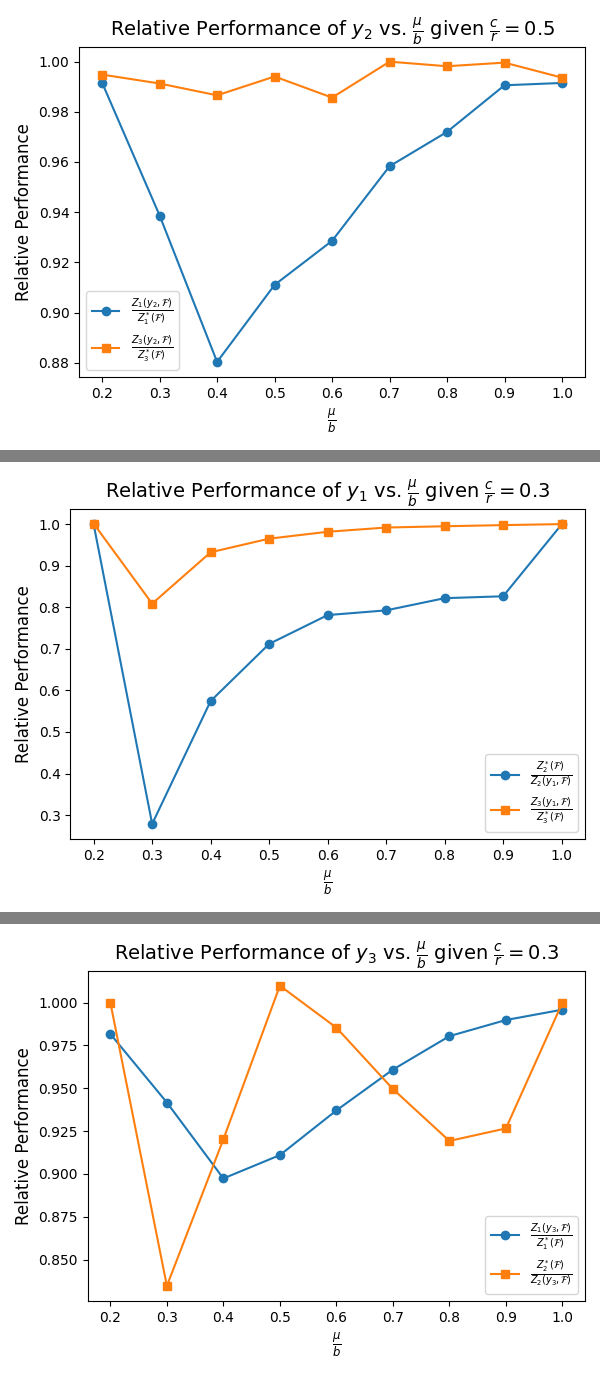
Repository: jhhhln/Research_code
Script's output: python multi_criteria/cross_result/draw_figure.py
These files come from the project's save history. The script's output is drawn as it stood at one moment and after the next save; the edit follows.
Each picture stacks the figures in order, with grey between them; figures that are only written to a file come last. Random numbers start from a fixed seed.

Above is the script's output before, as saved 2025-11-22 10:35:48.

After the next save:
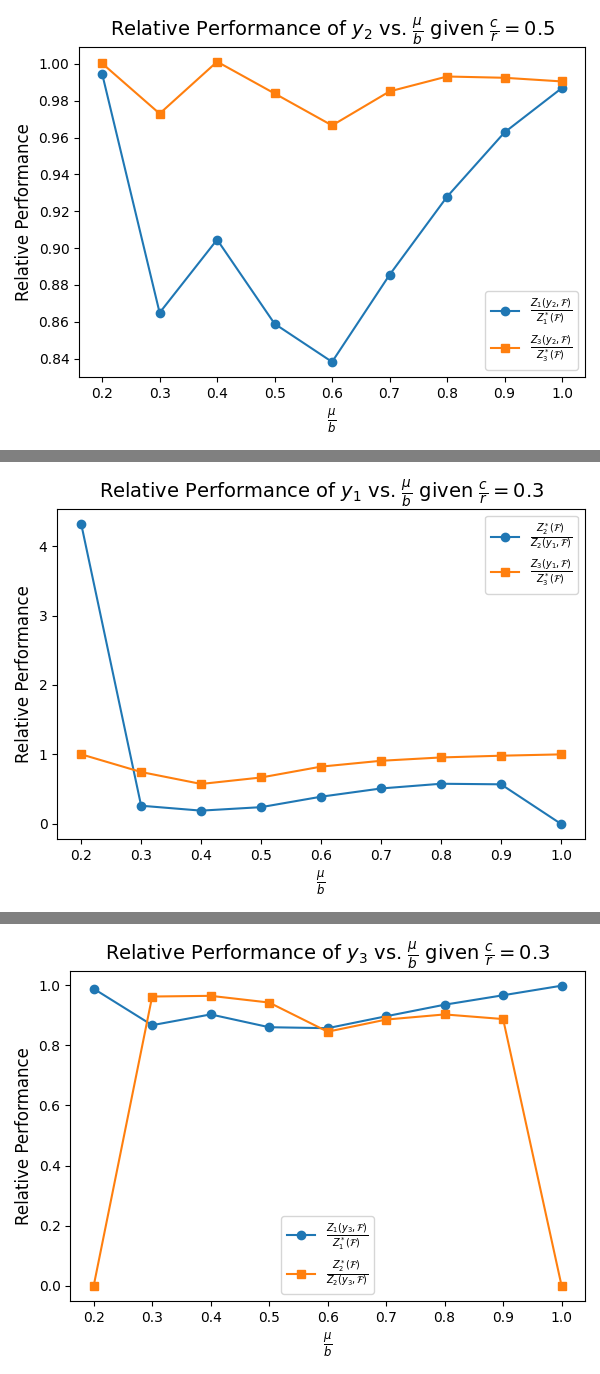
Saved 39 s later.
--- a/multi_criteria/cross_result/draw_figure.py
+++ b/multi_criteria/cross_result/draw_figure.py
@@ -1,7 +1,7 @@
 import pandas as pd
 import matplotlib.pyplot as plt
 
-file_path = 'cross_mub_1.csv'
+file_path = 'cross_mub_2.csv'
 df = pd.read_csv(file_path)
 
 for col in ['Z1_y2_over_Z1_star', 'Z3_y2_over_Z3_star']:
